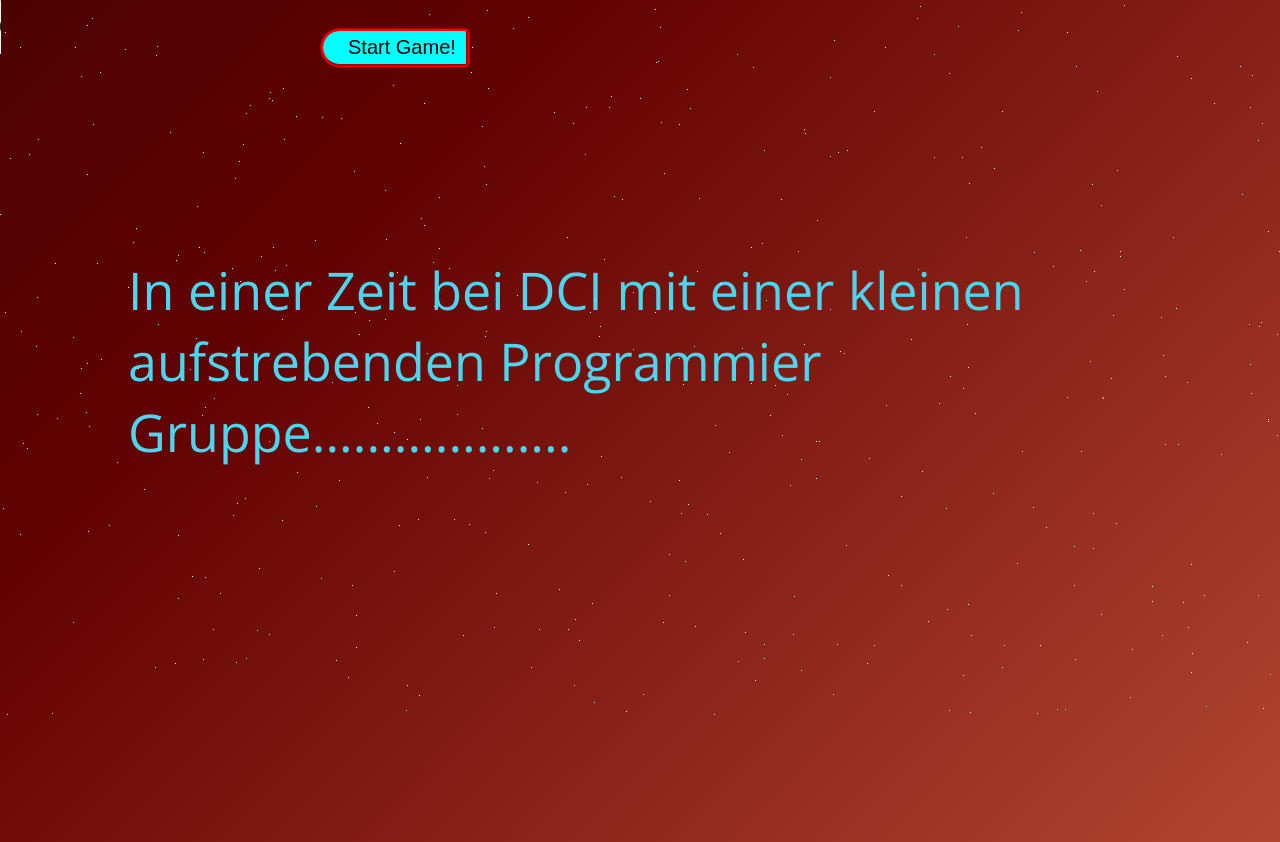
Repository: Der-Metatron/Projekt-Omega-Sprotte
Page: /
The author's editor kept a copy of each file at every save. The page is drawn from the files as they stood at one save, then again after the next save.
The browser window is 1280 px wide. The pictures show the whole page.
The project was rebuilt for these pictures with package versions that can differ from the ones it lists, and the page was loaded fresh each time. Also part of the build but not shown: src/services/game-control.js, src/components/GameCanvas.jsx, src/components/Footer.jsx.

Above is the page before, as saved 2022-06-23 21:55:41.

### public/index.html
<!DOCTYPE html>
<html lang="de">
  <head>
    <meta charset="UTF-8" />
    <meta name="Metatron" content="width=device-width, initial-scale=1.0" />
    <link rel="stylesheet" href="style.css" />

    <title>Projekt-Omega></title>
  </head>

  <body>
    <!-- <body onload="startGame()"> -->
    <div id="root"></div>
    <!-- TEST -->
    <div id="canvasbackground"></div>
  </body>
</html>

### src/App.js
/* Hier werden die Einzelnen Seiten Hinzugefügt */
import "./App.css";
import { useState } from "react";
import { GameCanvas } from "./components/GameCanvas";
import { Welcome } from "./components/Welcome";
import { Footer } from "./components/Footer";
import ReactAudioPlayer from "react-audio-player";

function App() {
  const [currentPage, setCurrentPage] = useState(0);
  return (
    <div className="App">
      {currentPage === 0 ? (
        <>
          <Welcome
            onContinue={() => {
              setCurrentPage(1);
            }}
          />
        </>
      ) : (
        <>
          {" "}
          {/* ----------------------AUDIO IN CANVAS-------------------------- */}
          <ReactAudioPlayer
            className="player"
            src="/audio/Musik/titel 1.mp3"
            autoPlay
            controls
            loop
            volume={0.5}
          />
          <h1>Projekt Omega</h1>
          <GameCanvas />
          <Footer />
        </>
      )}
    </div>
  );
}

export default App;

### src/App.css
html,
body {
  width: 100%;
  height: 100%;
}

h1 {
  text-align: center;
  color: aquamarine;
}

body {
  background: linear-gradient(-45deg, #ee7752, #620202, #000000, #265046);
  background-size: 400% 400%;
  animation: gradient 15s ease infinite;
}

@keyframes gradient {
  0% {
    background-position: 0% 50%;
  }
  50% {
    background-position: 100% 50%;
  }
  100% {
    background-position: 0% 50%;
  }
}

### src/components/Welcome.jsx
import React from "react";
import "./Welcome.css";
import ReactAudioPlayer from "react-audio-player";

function randomPosition() {
  let y = window.innerWidth;
  let x = window.innerHeight;
  let randomX = Math.floor(Math.random() * x);
  let randomY = Math.floor(Math.random() * y);
  return [randomX, randomY];
}

export const Welcome = ({ onContinue }) => {
  const starDivs = [];
  for (let i = 0; i < 400; i++) {
    let xy = randomPosition();
    starDivs.push(
      <div
        key={i}
        className="stars"
        style={{
          top: xy[0],
          left: xy[1],
        }}
      ></div>
    );
  }
  /* ----------------------------------------------------------------------------- */
  console.log(starDivs);
  /* ------------------------------------------------------------------------------ */
  return (
    <div className="welcome-container">
      {starDivs}

      {/* <!-- Erste Inro laufschrift --> */}

      <section className="intro">
        In einer Zeit bei DCI mit einer kleinen aufstrebenden Programmier
        Gruppe...................
      </section>
      <section className="logo">
        <img src="/img/Unbenannt.png" alt="Projekt-Omega Geschichte" />
      </section>
      <div id="scroller">
        <div id="content">
          <p id="title">Episode DCI Abschlussprojekt</p>
          <br></br>
          <p id="subtitle">Projekt-Omega</p>
          <br />
          <p>
            Du bist alleine mit deinen Raumschiff Omega und kämpfst in einer
            Dystopischen Welt voller feindlichen Gegnern ums überleben.Während
            des 21.Jahrhundert befinden sich in der Umlaufbahn des Planeten Erde
            durch Umweltverschmutzung,zügelloser verbrauch der Ressourcen und
            Machthungriger Politiker Unmengen an Weltraum Schrott, Satelliten
            und Gruppen verschiedener Fraktionen die versuchen dir das Licht
            auszuknipsen dazu kommen nach und nach eine Invasion von Feindlichen
            Flug Objekten dazu und machen dir das Leben zur Hölle. Messe dich
            mit anderen Spielern um die Höchste Punktzahl,verewige dich in der
            Highscore und werde der Ultimative Retter des Universums.
          </p>
          <p>
            Idee: Der Metatron. Programming: Der Metatron, Serdar, Dennis. Musik
            & Sound: Der Metatron. Grafik: Emergancy-Romm Tattoo, Pixbay, Der
            Metatron. Backend: Serdar. Canvas build React: Ralf.
          </p>
          <p>Erstellt mit: Canvas, Html, Reackt, MongoDb, Express, Css.</p>
          <p>
            Danke an alle die uns bei diesen Projekt unterstützt haben und uns
            die gelegenheit gegeben haben unser Ideen zu verwirklichen.Special
            Thanks to Ralf & Chriatian. Und jetzt viel Spaß beim Zocken!!!
          </p>
          <h2>
            Pfeil Taste Oben, Pfeil Taste Unten, Pfeil Taste Links, Pfeil Taste
            Rechts, Space = Schießen
          </h2>
        </div>
      </div>

      <footer>
        {/* ---------------------AUDIO-------------------------------------------- */}
        <ReactAudioPlayer
          src="/audio/Musik/Projekt Omega cut.mp3"
          autoPlay
          controls
          volume={0.5}
        />
        {/* ----------------------------------------------------------------------- */}
        <button
          className="startbutton"
          onClick={() => {
            onContinue();
          }}
        >
          Start Game!
        </button>
      </footer>
    </div>
  );
};

### src/components/GameCanvas.css
canvas {
  background-color: aquamarine;
  padding-left: 0;
  padding-right: 0;
  margin-left: auto;
  margin-right: auto;
  display: block;
  width: 1224px;
  height: 640px;
  padding: 1rem;
}

.punkte {
  color: #56ae00;
  font-size: 2rem;
  font-weight: bolder;
  text-decoration: underline;
  text-align: center;
}
h2 {
  color: aqua;
}

.stopbutton {
  border-radius: 50%;
}
.weiterbutton {
  border-radius: 50%;
}

### src/components/Welcome.css
@import url("https://fonts.googleapis.com/css2?family=Open+Sans&display=swap");

.stars {
  position: absolute;
  width: 1px;
  height: 1px;
  background-color: #fff;
  z-index: 3;
}

.intro {
  position: absolute;
  top: 50%;
  left: 50%;
  transform: translate(-50%, -50%);
  z-index: 2;
  color: rgb(75, 213, 238);
  font-family: "Open Sans", sans-serif;
  font-weight: 500;
  font-size: 3.25rem;
  width: 80%;
  opacity: 0;
  animation: intro 6s ease-out 0.5s;
}

@keyframes intro {
  0% {
    opacity: 0;
  }
  20% {
    opacity: 1;
  }
  90% {
    opacity: 1;
  }
  100% {
    opacity: 0;
  }
}

.logo {
  position: absolute;
  top: 50%;
  left: 50%;
  transform: translate(-50%, -50%);
  z-index: 1;
  width: 100%;
  opacity: 0;
  animation: logo 10s ease-out 9s;
}

.logo img {
  width: inherit;
}

@keyframes logo {
  0% {
    opacity: 1;
    transform: translate(-50%, -50%) scale(2);
  }
  70% {
    opacity: 1;
  }
  100% {
    opacity: 0;
    transform: translate(-50%, -50%) scale(0.1);
  }
}

p {
  color: #ffe81f;
}

#scroller {
  font-family: sans-serif;
  font-weight: bold;
  font-size: 350%;
  text-align: justify;
  overflow: hidden;
  height: 50em;
  width: 20em;
  position: absolute;
  bottom: 0;
  left: 50%;
  margin-left: -10em;
  z-index: 0;
  transform: perspective(350px) rotateX(25deg);
  transform-origin: 50% 100%;
}

#scroller::after {
  position: absolute;
  content: "";
  bottom: 60%;
  left: 0;
  right: 0;
  top: 0;
}

#content {
  position: absolute;
  top: 100%;
  animation: scoller 100s linear 16s;
}

@keyframes scoller {
  0% {
    top: 100%;
  }
  100% {
    top: -200%;
  }
}

#title,
#subtitle {
  text-align: center;
  line-height: 1.5rem;
}

#subtitle {
  text-transform: uppercase;
  font-size: 3.5rem;
}

footer {
  position: absolute;
  z-index: 10;
}
/*  */
.startbutton {
  display: inline-block;
  margin: 20px;
  text-decoration: none;
  font-family: Arial;
  font-size: 20px;
  border: 3px solid #ff0004;
  border-style: groove;
  border-radius: 25px 5px 5px 25px;
  background-color: aqua;
  color: #000000;
  padding: 5px 10px 5px 25px;
}
.startbutton:hover {
  padding: 5px 25px 5px 10px;
  border-radius: 5px 25px 25px 5px;
}

Loaded but not shown: src/index.js (common file); src/index.css (common file); src/reportWebVitals.js (common file); public/style.css (empty)

After the next save:
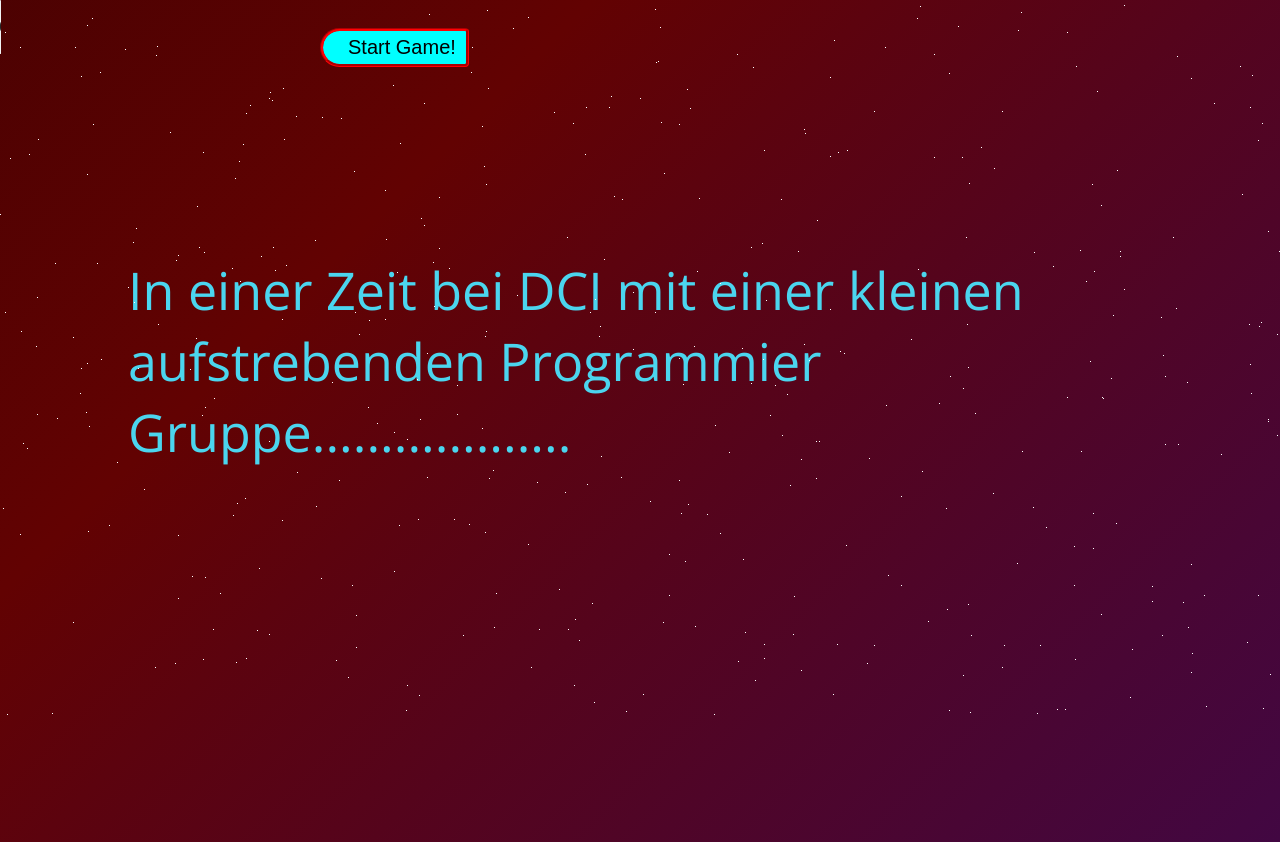
Saved 55 s later.
--- a/src/App.css
+++ b/src/App.css
@@ -10,7 +10,7 @@
 }
 
 body {
-  background: linear-gradient(-45deg, #ee7752, #620202, #000000, #265046);
+  background: linear-gradient(-45deg, #2a0b72, #620202, #000000, #265046);
   background-size: 400% 400%;
   animation: gradient 15s ease infinite;
 }
